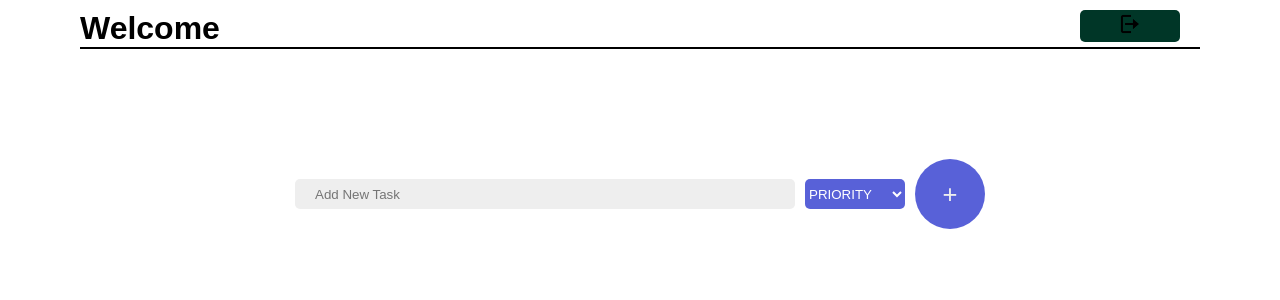
Repository: tebo27cMd/todo_App
Page: /HomePage
These files come from the project's save history. The page is drawn as it stood at one moment and after a run of saves; the edit follows.
The browser window is 1280 px wide. The pictures show the whole page.
The page's requests for data from a server got no answer. The project was rebuilt for these pictures with package versions that can differ from the ones it lists, and the page was loaded fresh each time. No one was signed in, and anything a server would have sent is missing. Also part of the build but not shown: src/Pages/LoginPage.jsx, src/Pages/SignInPage.jsx.

Above is the page before, as saved 2022-08-23 12:12:06.

### src/App.js
import React, {useState, useEffect} from 'react';
import './App.css';
import LoginPage from './Pages/LoginPage';
import SignInPage from './Pages/SignInPage';
import HomePage from './Pages/HomePage';

import {BrowserRouter as Router,Routes,Route,Link} from "react-router-dom";

//import {collection, getDocs, getDoc, doc, deleteDoc} from 'firebase/firestore'







function App() {


  const [tasks, setTasks] = useState([]);

  const addTasks = ((task, priorityType)=>{
    setTasks((tasks)=>[...tasks, {
      task:task,
      priorityType:priorityType
    }])

    console.log(tasks);
  })
  return (
    <div className="App">

      <Router>
      <Routes>
        <Route exact path="/" element = {<LoginPage/>}></Route>
        <Route path="/SignInPage" element = {<SignInPage/>}></Route>
        <Route exact path="/HomePage" element = {<HomePage/>}></Route>
      </Routes>
    </Router>

    </div>
  );
}

export default App;

### src/App.css
* {
  box-sizing: border-box;
  margin: 0;
  padding: 0;
  font-family: 'Times New Roman', Times, serif;
}

### src/Pages/HomePage.jsx

import React, { useState, useEffect } from "react";

  import '../css/HomePage.css';

  import {db} from '../Config-file/firebase';

  import {addDoc, collection,getDocs} from 'firebase/firestore';
  import CheckCircleIcon from "@mui/icons-material/CheckCircle";


  import logout from '../image/logout.png'





function HomePage() {
  const[task, setTask]= useState('');
  const[priority, setPriority] = useState('');

  const[items, setItem] = useState([]);

  const itemRef =collection(db,"Tasks");

  const getItems = async()=>{
      let data = await getDocs(itemRef);
      setItem(data.docs.map((doc)=>({...doc.data(), id: doc.id})))
  }

  const addItems = async()=>{
     await addDoc(itemRef, {task:task, priority:priority})
     alert("Item added Successfully");
    getItems();
    }


    useEffect(()=>{
      getItems();
   }, [])





    return (
      <div className="AddTask">
          <div className="topPart">
              <h1>Welcome</h1>
              <button><div className="tick"><img src={logout} alt="" /></div></button>
          </div>

          <div className="bottomPart">
            <div className="input-fields">
              <input type="text" placeholder="Add New Task" onChange={(e)=>setTask(e.target.value)}/>
                <select name="priority" id="priority" onChange={(e)=>setPriority(e.target.value)}>
                    <option value="Priority">PRIORITY</option>
                    <option value="High">High</option>
                    <option value="Medium">Medium</option>
                    <option value="Low">Low</option>

                </select>

                <button className="topBtn" onClick={addItems}>+</button>

            </div>

            <div className="task-list">
            {
                        items.map(item=>((
                            <div className="items" key={item.id}>
                                {
                                    item.priority == "Low" ? (

                                        <div className="item" style={{borderBottom: "3px solid green"}}>
                                        <span>{item.task}</span>
                                        <button className="complete"><div className="CheckLow"><CheckCircleIcon id="i" /></div></button>
                                        </div>

                                    ):item.priority == "Medium" ? (
                                        <div className="item" style={{borderBottom: "3px solid orange"}}>
                                        <span>{item.task}</span>
                                        <button className="complete"><div className="CheckMedium"><CheckCircleIcon id="i" /></div></button>
                                        </div>
                                    ):item.priority == "High" ? (
                                        <div className="item" style={{borderBottom: "3px solid red"}}>
                                        <span>{item.task}</span>
                                        <button className="complete"><div className="CheckHigh"><CheckCircleIcon id="i" /></div></button>

                                        </div>
                                    ):(
                                        <div>

                                        </div>
                                    )
                                }




                            </div>
                        )))
                    }
            </div>

          </div>

      </div>
    )
  }



export default HomePage;

### src/Pages/LoginPage.css
@import url("https://fonts.googleapis.com/css?family=Roboto&display=swap");
:root
{
    --btnGreen: #339eb1;
    --beige: beige;

}

.LoginPage{
    display: grid;
    grid-template-columns: 40% 60%;
    width: 100vw;
    height: 100vh;
    font-family:'Roboto' ;
}

.LoginPage aside{
    background: url(../Images/Ado.jpeg);
    background-size: cover;
}

.LoginPage section{
    display: flex;
    flex-direction: column;
    justify-content: center;
    align-items: center;
    padding: 50px;

}

.LoginPage .welcome{
    margin-top: 20px;
    margin-bottom: 20px;
    font-weight: bolder;
    font-size: 2em;
    font-family:'Roboto' ;
    color: #4c52ac;
}

.LoginPage .paragraph1{
    margin-bottom: 20px;
    font-size: 1.2em;
    color: #4c52ac;
}

.LoginPage .input-control{
    display: flex;
    flex-direction: column;
    align-self: flex-start;
    width: 100%;

}

.LoginPage .input-control label{
    margin-top: 10px;
    margin-bottom: 10px;
    font-size: 1.4em;

}

.LoginPage .input-control input{
    font-size: 1.2em;
    height: 50px;
    padding: 20px 10px 20px 10px;
    margin-top: 10px;
    border: none;
    border-radius: 10px;
    width: 100%;
    background-color: #eee;

}

.LoginPage button{
    width: 300px;
    height: 50px;

}
.LoginPage .lgnBtn:hover{
   background-color:#4c52ac;
   border-color: #7bff00;
}
.LoginPage .lgnBtn{
    margin-top: 50px;
    border-radius: 5px;
    border: none;
    background-color: var(--btnGreen);
    font-size: 1em;
    cursor: pointer;
    color: white;
}

.LoginPage .create{
    font-family:'Roboto' ;
    margin-top: 30px;
}


Link{
    color: var(--btnGreen);
}

.LoginPage .or{
    font-weight: lighter;
    font-size: 1em;
    margin: 20px;
}

.LoginPage .signBtn{

    margin: 20px;
    padding-right: 20px;
    border-radius: 5px;
    border-color: #4c52ac;
    cursor: pointer;
    background-color: white;
    border-radius: 7px;
}



.logo{
    display: flex;
    flex-direction: row;
    justify-content: center;

}

.logo img{
    width: 50px;
    height: 30px;
    padding-left: 10px;
}

.logo span{
    padding-top: 7px;
}

### src/Config-file/firebase.js
// Import the functions you need from the SDKs you need
import { initializeApp } from "firebase/app";
import { getFirestore } from "@firebase/firestore";
import {getAuth} from 'firebase/auth';

const firebaseConfig = {
  apiKey: "AIzaSyB44VhlyOGLme-EDCUVNbbB2UbazBO3qIY",
  authDomain:  "todo-433b6.firebaseapp.com",
  projectId:"todo-433b6",
  storageBucket: "todo-433b6.appspot.com",
  messagingSenderId: "23893463738",
  appId:"1:23893463738:web:7b7d1fefeddfc1abce6883",
  measurementId: "G-QQNBP66G32"
};

// Initialize Firebase
const app = initializeApp(firebaseConfig);
const db = getFirestore(app);
const auth = getAuth(app);
export  {auth, db};

### src/css/HomePage.css


*{
    box-sizing:border-box;
    margin: 0;
    padding: 0;
    font-family: sans-serif;
}


.topPart{
    display: flex;
    justify-content: space-between;
    margin: 10px 80px;
    border-bottom: 2px solid black;

}

.topPart button{
    width: 100px;
    margin:0px 20px 5px 0px;
    border-radius: 5px;
    border: none;
    background-color: #003627;
    cursor: pointer;
    color: white;
    font-size: 1.2em;

}
.topPart img {
    height: 20px;
}

.topPart button:hover{
    background-color: rgba(245, 27, 27, 0.815);
    color: black;
}

.bottomPart{
    display: flex;
    flex-direction: column;
    justify-content: center;
    align-items: center;
    margin-top: 80px;
}

.bottomPart input{
    margin-right: 10px;
    height: 30px;
    width: 500px;
    padding-left: 20px;
    border: none;
    background-color: #eee;
    border-radius: 5px;

}

.bottomPart select{
    margin-right: 10px;
    height: 30px;
    width: 100px;
    border: none;
    background-color: #5861d8;
    border-radius: 5px;
    color: white;
}

.bottomPart .topBtn{
    height: 70px;
    width: 70px;
    border-radius: 50px;
    border: none;
    color: #eee;
    font-size: 1.6em;
    background-color: #5861d8;
    cursor: pointer;

}
.bottomPart .CheckHigh{
    border-radius: 50px;
    border: none;
    background-color: #5861d8;
    color: rgb(255, 255, 255);
    font-size: 1.6em;
    cursor: pointer;
}
.bottomPart .CheckHigh:hover{
    background-color: red;
}
.bottomPart .CheckMedium{
    border-radius: 50px;
    border: none;
    background-color: #5861d8;
    color: rgb(255, 255, 255);
    font-size: 1.6em;
    cursor: pointer;
}
.bottomPart .CheckMedium:hover{
    background-color: yellow;
}
.bottomPart .CheckLow{
    border-radius: 50px;
    border: none;
    background-color: #5861d8;
    color: rgb(255, 255, 255);
    font-size: 1.6em;
    cursor: pointer;
}
.bottomPart .CheckLow:hover{
    background-color: green;
}

.bottomPart button:hover{
    background-color: #776e7625;
    color: black;
}

input{
height: 90px;
}
.input-fields {
    display: flex;
    align-items: center;
    height: 130px;

}



/* Task list*/


.task-list{
    width: 600px;
    margin-right: 60px;
}

.item{
    display: flex;
    text-align: center;
    justify-content: space-between;
    padding: 10px;
    border-radius: 5px;
    border: none;
    box-shadow: 2px 2px 5px 0px rgb(123, 126, 173);

}
.items{
    padding: 5px 0;
}
.item button{
    border: none;
    border-radius: 50px;
    width: 80px;
    height: 40px;
    font-size: 20px;
    cursor: pointer;

}

Loaded but not shown: public/index.html (common file); src/index.js (common file); src/reportWebVitals.js (common file)

After the next 3 saves:
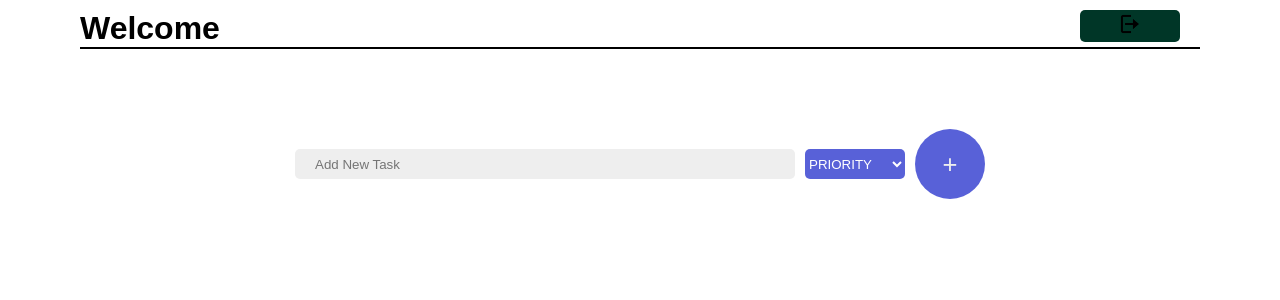
The 3 saves are shown as one change because they came seconds apart.
The last was saved 16 s later.
--- a/src/css/HomePage.css
+++ b/src/css/HomePage.css
@@ -121,7 +121,7 @@
 .input-fields {
     display: flex;
     align-items: center;
-    height: 130px;
+
 
 }
 

After the save that followed:
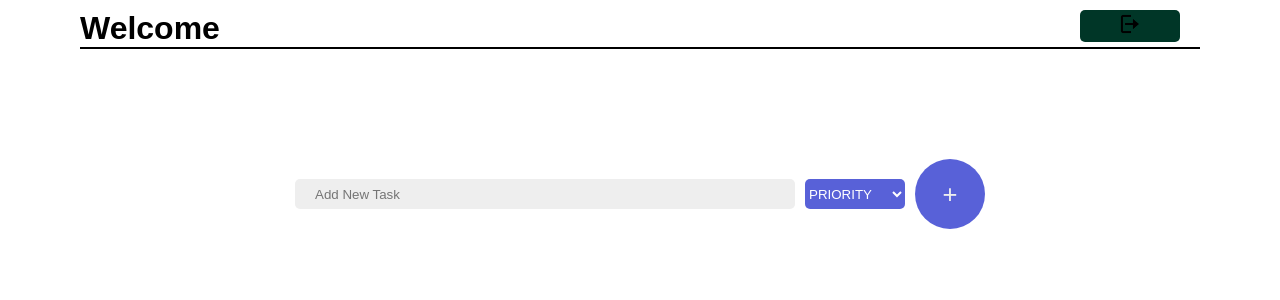
Saved 6 s later.
--- a/src/css/HomePage.css
+++ b/src/css/HomePage.css
@@ -121,7 +121,7 @@
 .input-fields {
     display: flex;
     align-items: center;
-
+    height: 130px;
 
 }
 
